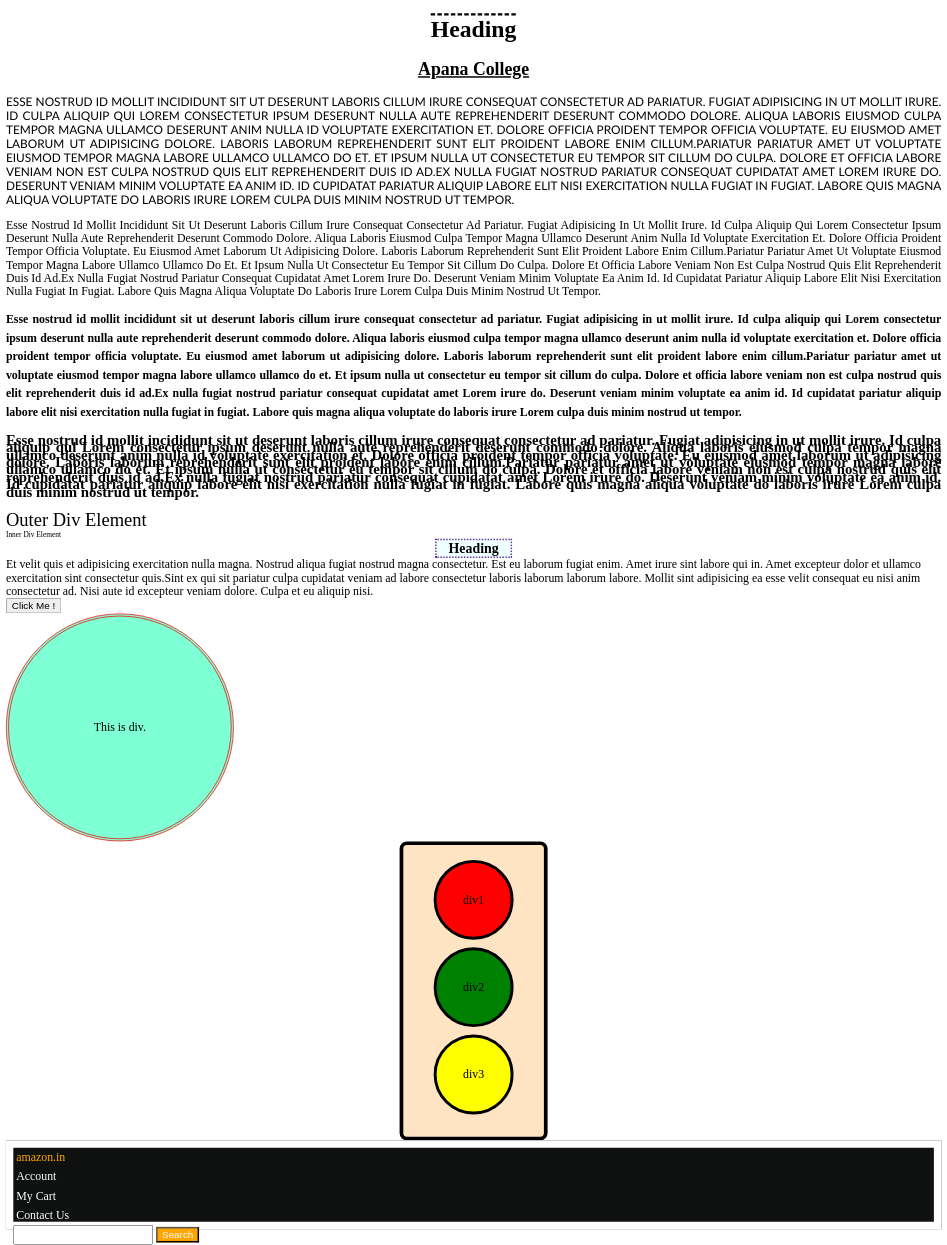
Repository: rakeshkolpepatil/CSS_Apana_College
Page: index.html
The author's editor kept a copy of each file at every save. The page is drawn from the files as they stood at one save, then again after the next save.
The browser window is 1280 px wide. The pictures show the whole page, at 74% of full size.

Above is the page before, as saved 2023-06-22 21:56:32.

After the next save:
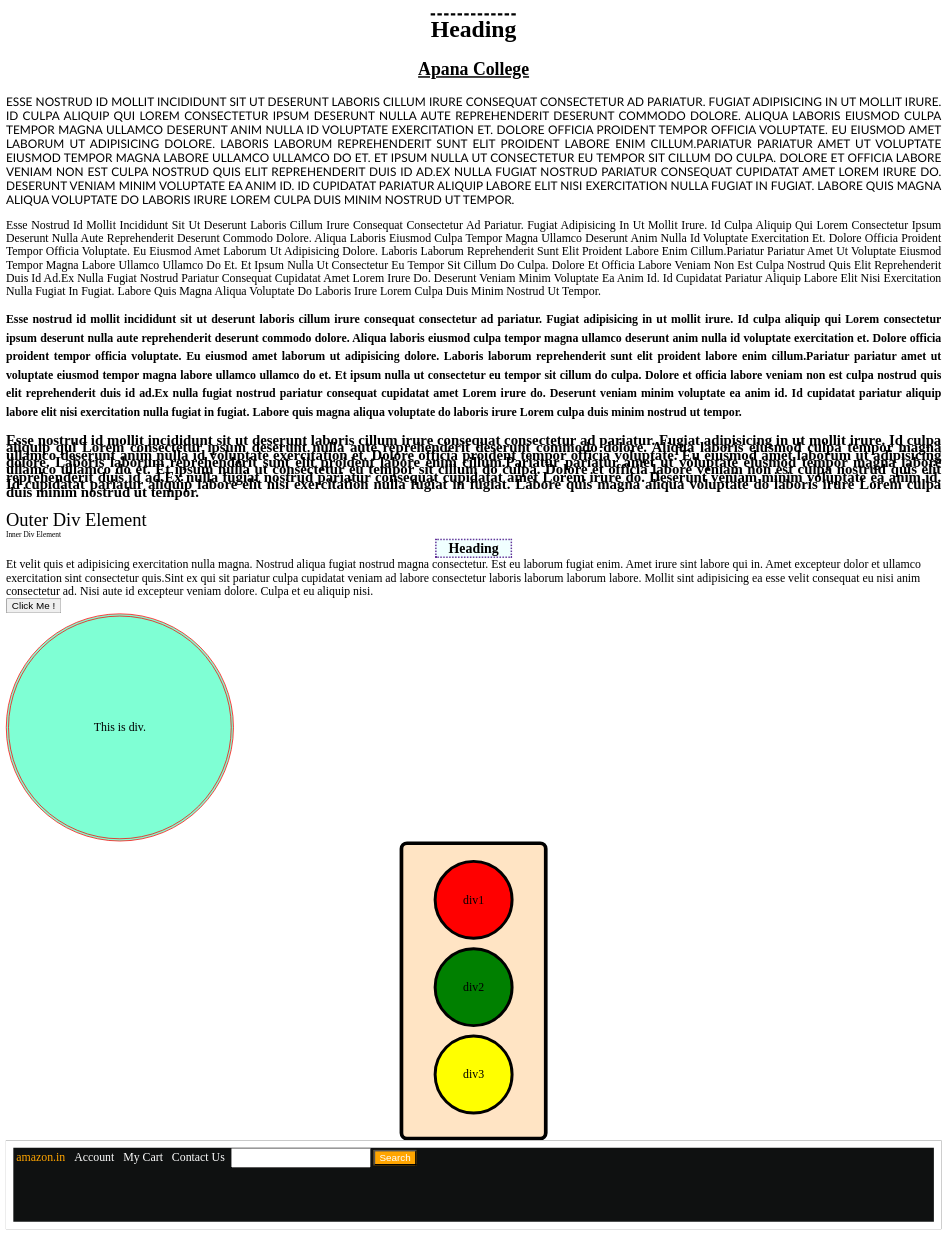
Saved 41 s later.
--- a/index.html
+++ b/index.html
@@ -39,11 +39,11 @@
   </div>
 
   <div id="div6" >
-    <div style=" inline-block; color: orange; padding: 4px;" >amazon.in</div>
-    <div style=" inline-block; color: white; padding: 4px;">Account</div>
-    <div style=" inline-block; color: white; padding: 4px;">My Cart</div>
-    <div style=" inline-block; color: white; padding: 4px;">Contact Us</div>
-    <input style=" inline-block; color: white; padding: 4px;"> </input>
+    <div style="display:inline-block; color: orange; padding: 4px;" >amazon.in</div>
+    <div style="display:inline-block; color: white; padding: 4px;">Account</div>
+    <div style="display:inline-block; color: white; padding: 4px;">My Cart</div>
+    <div style="display:inline-block; color: white; padding: 4px;">Contact Us</div>
+    <input style="display:inline-block; color: white; padding: 4px;"> </input>
     <button style="background-color: orange; color:white"> Search</button>
   </div>
 </body>
